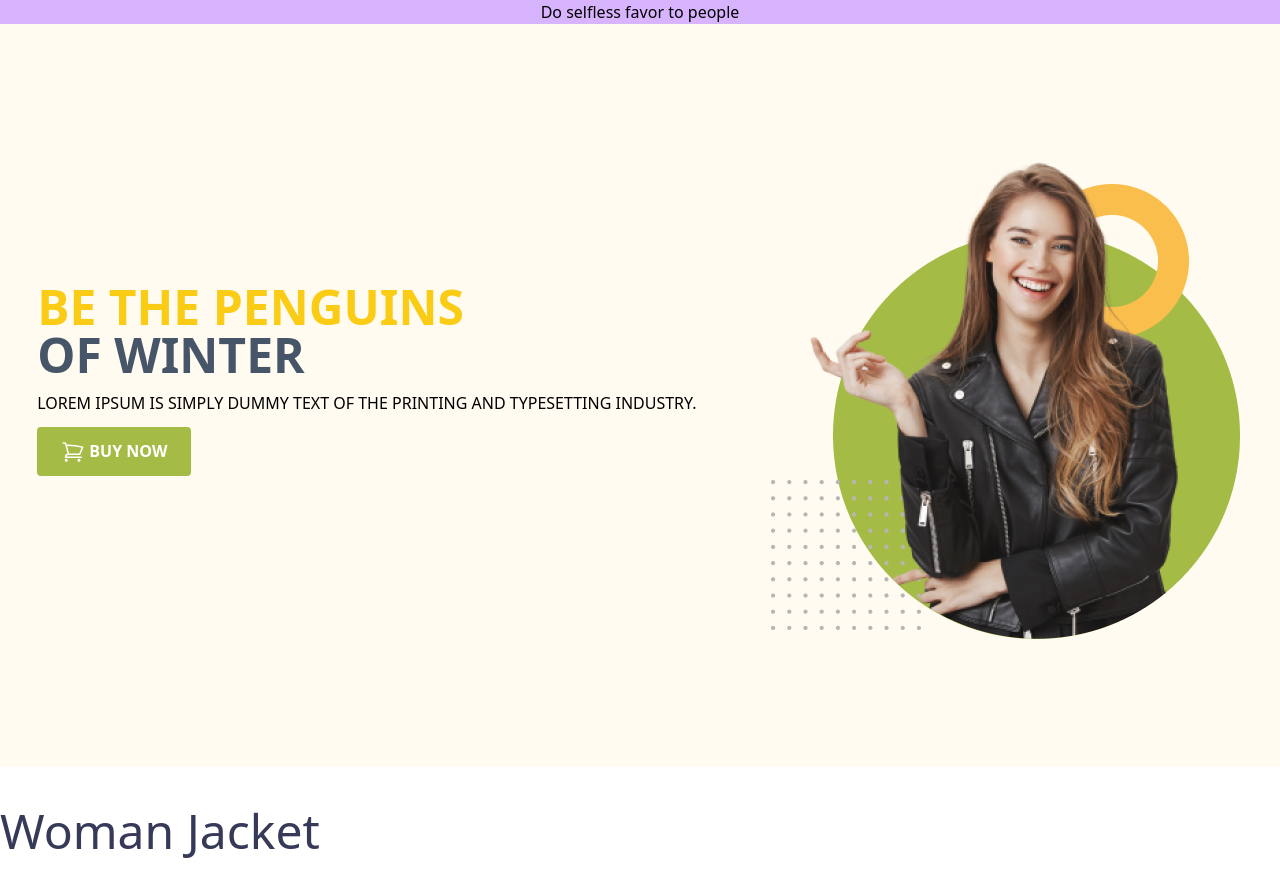
Repository: zjria/penguin-e-commerce-fashion
Page: index.html
These files come from the project's save history. The page is drawn as it stood at one moment and after the next save; the edit follows.
The browser window is 1280 px wide. The pictures show the whole page.
Some web libraries are served in a nearby version.

Above is the page before, as saved 2022-10-06 11:46:49.

After the next save:
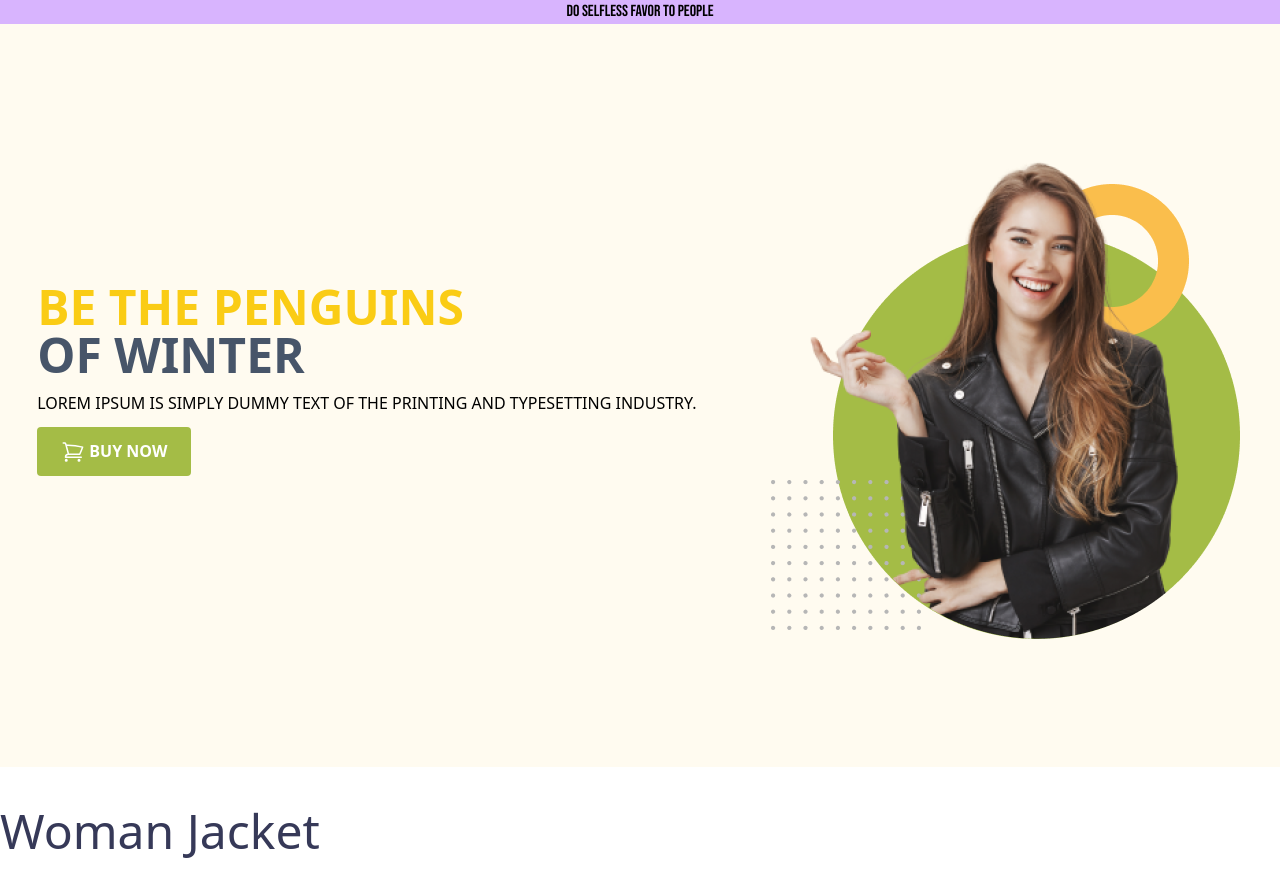
Saved 2 min 32 s later.
--- a/index.html
+++ b/index.html
@@ -38,7 +38,7 @@
 </head>
 
 <body>
-    <h2 class="bg-purple-300 text-center">Do selfless favor to people</h2>
+    <h2 class="bg-purple-300 text-center font-header_text">Do selfless favor to people</h2>
 
 
     <!-- Header Section -->

After the save that followed:
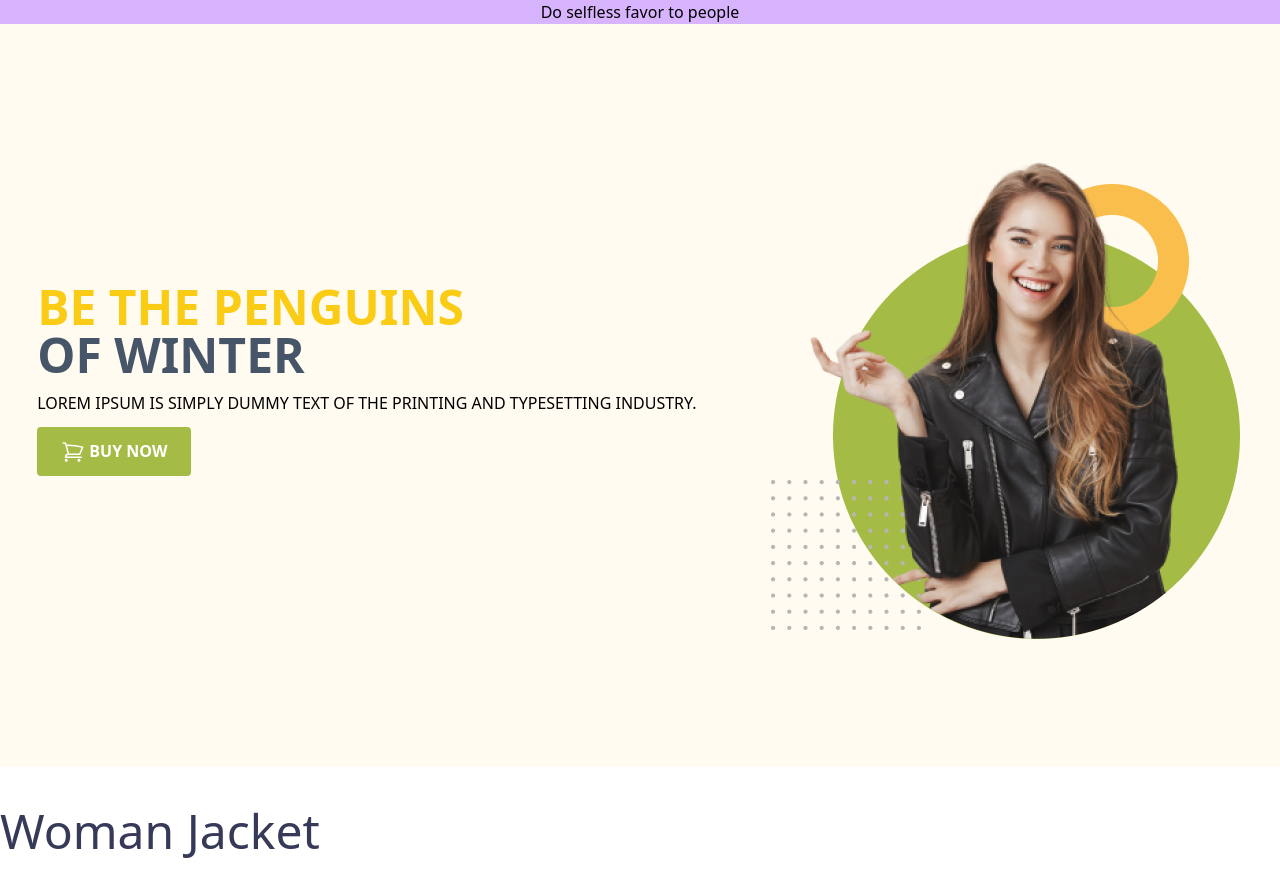
Saved 2 min 12 s later.
--- a/index.html
+++ b/index.html
@@ -38,7 +38,7 @@
 </head>
 
 <body>
-    <h2 class="bg-purple-300 text-center font-header_text">Do selfless favor to people</h2>
+    <h2 class="bg-purple-300 text-center font">Do selfless favor to people</h2>
 
 
     <!-- Header Section -->
